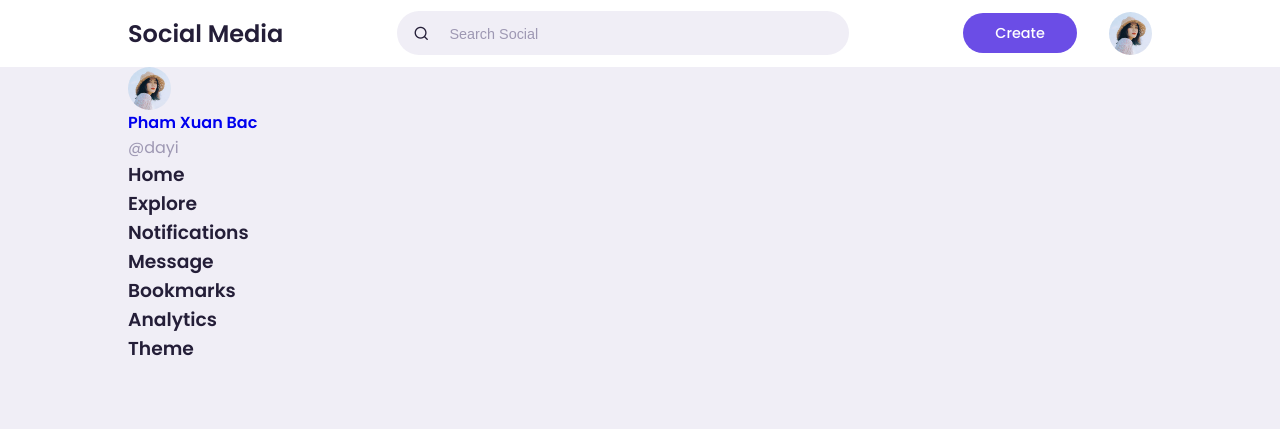
Repository: northpx/socialMedia
Page: index.html
The author's editor kept a copy of each file at every save. The page is drawn from the files as they stood at one save, then again after the next save.
The browser window is 1280 px wide. The pictures show the whole page.

Above is the page before, as saved 2023-03-07 16:56:29.

After the next save:
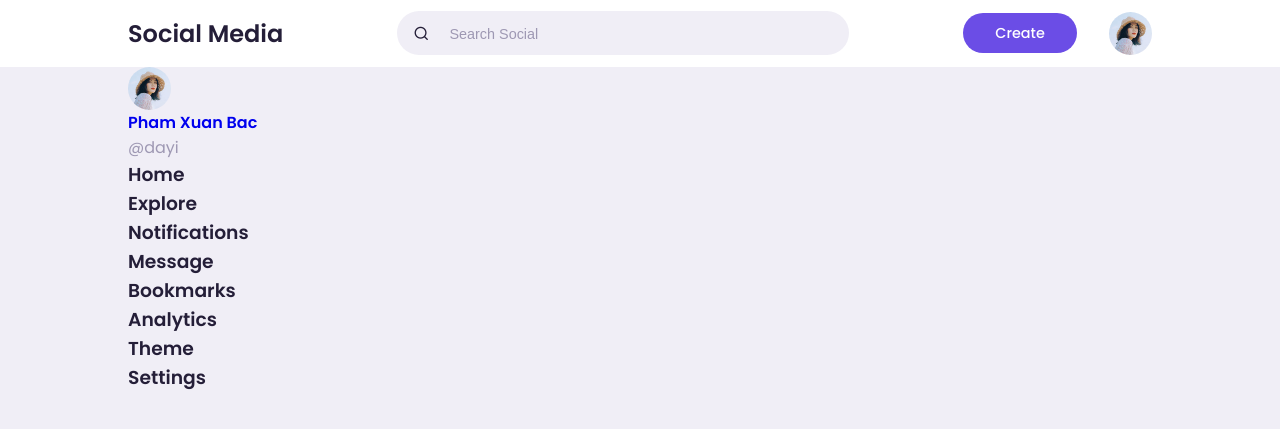
Saved 7 s later.
--- a/index.html
+++ b/index.html
@@ -52,7 +52,7 @@
                         <span></span><h3>Bookmarks</h3>
                         <span></span><h3>Analytics</h3>
                         <span></span><h3>Theme</h3>
-                        <span></span>
+                        <span></span><h3>Settings</h3>
                     </a>
                 </div>
             </div>
